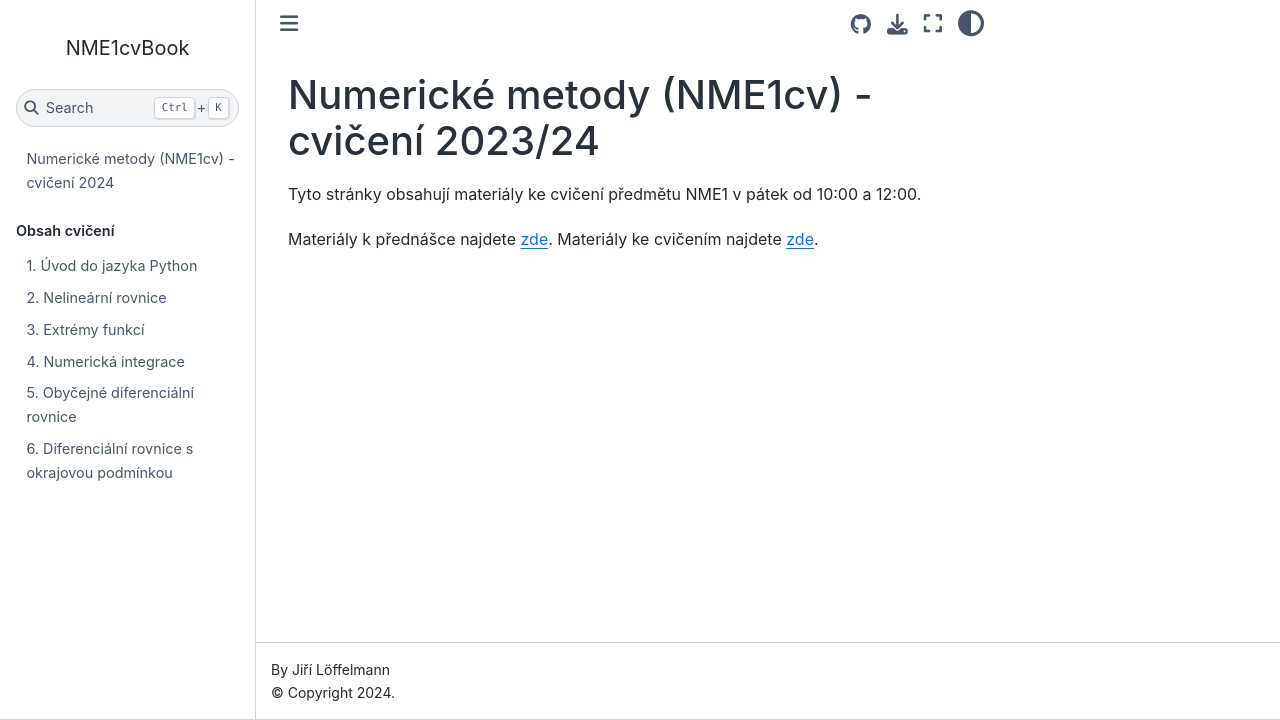
Repository: loepa01/NME1cvBook
Page: intro.html
These files come from the project's save history. The page is drawn as it stood at one moment and after the next save; the edit follows.
The browser window is 1280 px wide. The pictures show the whole page.

Above is the page before, as saved 2024-04-08 16:39:15.
Console error: SyntaxError: Identifier 'THEBE_JS_URL' has already been declared

### intro.html

<!DOCTYPE html>


<html lang="en" data-content_root="../" >

  <head>
    <meta charset="utf-8" />
    <meta name="viewport" content="width=device-width, initial-scale=1.0" /><meta name="viewport" content="width=device-width, initial-scale=1" />

    <title>Numerické metody (NME1cv) - cvičení 2023/24 &#8212; NME1cvBook</title>



  <script data-cfasync="false">
    document.documentElement.dataset.mode = localStorage.getItem("mode") || "";
    document.documentElement.dataset.theme = localStorage.getItem("theme") || "light";
  </script>

  <!-- Loaded before other Sphinx assets -->
  <link href="../_static/styles/theme.css?digest=8d27b9dea8ad943066ae" rel="stylesheet" />
<link href="../_static/styles/bootstrap.css?digest=8d27b9dea8ad943066ae" rel="stylesheet" />
<link href="../_static/styles/pydata-sphinx-theme.css?digest=8d27b9dea8ad943066ae" rel="stylesheet" />


  <link href="../_static/vendor/fontawesome/6.5.1/css/all.min.css?digest=8d27b9dea8ad943066ae" rel="stylesheet" />
  <link rel="preload" as="font" type="font/woff2" crossorigin href="../_static/vendor/fontawesome/6.5.1/webfonts/fa-solid-900.woff2" />
<link rel="preload" as="font" type="font/woff2" crossorigin href="../_static/vendor/fontawesome/6.5.1/webfonts/fa-brands-400.woff2" />
<link rel="preload" as="font" type="font/woff2" crossorigin href="../_static/vendor/fontawesome/6.5.1/webfonts/fa-regular-400.woff2" />

    <link rel="stylesheet" type="text/css" href="../_static/pygments.css?v=fa44fd50" />
    <link rel="stylesheet" type="text/css" href="../_static/styles/sphinx-book-theme.css?v=384b581d" />
    <link rel="stylesheet" type="text/css" href="../_static/togglebutton.css?v=13237357" />
    <link rel="stylesheet" type="text/css" href="../_static/copybutton.css?v=76b2166b" />
    <link rel="stylesheet" type="text/css" href="../_static/mystnb.4510f1fc1dee50b3e5859aac5469c37c29e427902b24a333a5f9fcb2f0b3ac41.css?v=be8a1c11" />
    <link rel="stylesheet" type="text/css" href="../_static/sphinx-thebe.css?v=4fa983c6" />
    <link rel="stylesheet" type="text/css" href="../_static/design-style.1e8bd061cd6da7fc9cf755528e8ffc24.min.css?v=0a3b3ea7" />

  <!-- Pre-loaded scripts that we'll load fully later -->
  <link rel="preload" as="script" href="../_static/scripts/bootstrap.js?digest=8d27b9dea8ad943066ae" />
<link rel="preload" as="script" href="../_static/scripts/pydata-sphinx-theme.js?digest=8d27b9dea8ad943066ae" />
  <script src="../_static/vendor/fontawesome/6.5.1/js/all.min.js?digest=8d27b9dea8ad943066ae"></script>

    <script src="../_static/documentation_options.js?v=9eb32ce0"></script>
    <script src="../_static/doctools.js?v=888ff710"></script>
    <script src="../_static/sphinx_highlight.js?v=dc90522c"></script>
    <script src="../_static/clipboard.min.js?v=a7894cd8"></script>
    <script src="../_static/copybutton.js?v=f281be69"></script>
    <script src="../_static/scripts/sphinx-book-theme.js?v=efea14e4"></script>
    <script>let toggleHintShow = 'Click to show';</script>
    <script>let toggleHintHide = 'Click to hide';</script>
    <script>let toggleOpenOnPrint = 'true';</script>
    <script src="../_static/togglebutton.js?v=4a39c7ea"></script>
    <script>var togglebuttonSelector = '.toggle, .admonition.dropdown';</script>
    <script src="../_static/design-tabs.js?v=36754332"></script>
    <script>const THEBE_JS_URL = "https://unpkg.com/thebe@0.8.2/lib/index.js"; const thebe_selector = ".thebe,.cell"; const thebe_selector_input = "pre"; const thebe_selector_output = ".output, .cell_output"</script>
    <script async="async" src="../_static/sphinx-thebe.js?v=c100c467"></script>
    <script>var togglebuttonSelector = '.toggle, .admonition.dropdown';</script>
    <script>const THEBE_JS_URL = "https://unpkg.com/thebe@0.8.2/lib/index.js"; const thebe_selector = ".thebe,.cell"; const thebe_selector_input = "pre"; const thebe_selector_output = ".output, .cell_output"</script>
    <script>DOCUMENTATION_OPTIONS.pagename = '.history/intro_20240408163915';</script>
    <link rel="icon" href="../_static/cphys.png"/>
    <link rel="index" title="Index" href="../genindex.html" />
    <link rel="search" title="Search" href="../search.html" />
  <meta name="viewport" content="width=device-width, initial-scale=1"/>
  <meta name="docsearch:language" content="en"/>
  </head>


  <body data-bs-spy="scroll" data-bs-target=".bd-toc-nav" data-offset="180" data-bs-root-margin="0px 0px -60%" data-default-mode="">



  <a id="pst-skip-link" class="skip-link" href="#main-content">Skip to main content</a>

  <div id="pst-scroll-pixel-helper"></div>

  <button type="button" class="btn rounded-pill" id="pst-back-to-top">
    <i class="fa-solid fa-arrow-up"></i>
    Back to top
  </button>


  <input type="checkbox"
          class="sidebar-toggle"
          name="__primary"
          id="__primary"/>
  <label class="overlay overlay-primary" for="__primary"></label>

  <input type="checkbox"
          class="sidebar-toggle"
          name="__secondary"
          id="__secondary"/>
  <label class="overlay overlay-secondary" for="__secondary"></label>

  <div class="search-button__wrapper">
    <div class="search-button__overlay"></div>
    <div class="search-button__search-container">
<form class="bd-search d-flex align-items-center"
      action="../search.html"
      method="get">
  <i class="fa-solid fa-magnifying-glass"></i>
  <input type="search"
         class="form-control"
         name="q"
         id="search-input"
         placeholder="Search this book..."
         aria-label="Search this book..."
         autocomplete="off"
         autocorrect="off"
         autocapitalize="off"
         spellcheck="false"/>
  <span class="search-button__kbd-shortcut"><kbd class="kbd-shortcut__modifier">Ctrl</kbd>+<kbd>K</kbd></span>
</form></div>
  </div>

    <header class="bd-header navbar navbar-expand-lg bd-navbar">
    </header>


  <div class="bd-container">
    <div class="bd-container__inner bd-page-width">





      <div class="bd-sidebar-primary bd-sidebar">



  <div class="sidebar-header-items sidebar-primary__section">




  </div>

    <div class="sidebar-primary-items__start sidebar-primary__section">
        <div class="sidebar-primary-item">



<a class="navbar-brand logo" href="../intro.html">






    <p class="title logo__title">NME1cvBook</p>

</a></div>
        <div class="sidebar-primary-item">

 <script>
 document.write(`
   <button class="btn navbar-btn search-button-field search-button__button" title="Search" aria-label="Search" data-bs-placement="bottom" data-bs-toggle="tooltip">
    <i class="fa-solid fa-magnifying-glass"></i>
    <span class="search-button__default-text">Search</span>
    <span class="search-button__kbd-shortcut"><kbd class="kbd-shortcut__modifier">Ctrl</kbd>+<kbd class="kbd-shortcut__modifier">K</kbd></span>
   </button>
 `);
 </script></div>
        <div class="sidebar-primary-item"><nav class="bd-links bd-docs-nav" aria-label="Main">
    <div class="bd-toc-item navbar-nav active">

        <ul class="nav bd-sidenav bd-sidenav__home-link">
            <li class="toctree-l1">
                <a class="reference internal" href="../intro.html">
                    Numerické metody (NME1cv) - cvičení 2024
                </a>
            </li>
        </ul>
        <p aria-level="2" class="caption" role="heading"><span class="caption-text">Obsah cvičení</span></p>
<ul class="nav bd-sidenav">
<li class="toctree-l1"><a class="reference internal" href="../uvod-python.html">1. Úvod do jazyka Python</a></li>
<li class="toctree-l1"><a class="reference internal" href="../nelinearni-rce.html">2. Nelineární rovnice</a></li>
<li class="toctree-l1"><a class="reference internal" href="../extremy-fci.html">3. Extrémy funkcí</a></li>
<li class="toctree-l1"><a class="reference internal" href="../integrace.html">4. Numerická integrace</a></li>
<li class="toctree-l1"><a class="reference internal" href="../reseni-odr.html">5. Obyčejné diferenciální rovnice</a></li>
<li class="toctree-l1"><a class="reference internal" href="../reseni-okraj.html">6. Diferenciální rovnice s okrajovou podmínkou</a></li>
</ul>

    </div>
</nav></div>
    </div>


  <div class="sidebar-primary-items__end sidebar-primary__section">
  </div>

  <div id="rtd-footer-container"></div>


      </div>

      <main id="main-content" class="bd-main">



<div class="sbt-scroll-pixel-helper"></div>

          <div class="bd-content">
            <div class="bd-article-container">

              <div class="bd-header-article">
<div class="header-article-items header-article__inner">

    <div class="header-article-items__start">

        <div class="header-article-item"><label class="sidebar-toggle primary-toggle btn btn-sm" for="__primary" title="Toggle primary sidebar" data-bs-placement="bottom" data-bs-toggle="tooltip">
  <span class="fa-solid fa-bars"></span>
</label></div>

    </div>


    <div class="header-article-items__end">

        <div class="header-article-item">

<div class="article-header-buttons">





<div class="dropdown dropdown-source-buttons">
  <button class="btn dropdown-toggle" type="button" data-bs-toggle="dropdown" aria-expanded="false" aria-label="Source repositories">
    <i class="fab fa-github"></i>
  </button>
  <ul class="dropdown-menu">



      <li><a href="https://github.com/loepa01/NME1cvBook" target="_blank"
   class="btn btn-sm btn-source-repository-button dropdown-item"
   title="Source repository"
   data-bs-placement="left" data-bs-toggle="tooltip"
>


<span class="btn__icon-container">
  <i class="fab fa-github"></i>
  </span>
<span class="btn__text-container">Repository</span>
</a>
</li>




      <li><a href="https://github.com/loepa01/NME1cvBook/issues/new?title=Issue%20on%20page%20%2F.history/intro_20240408163915.html&body=Your%20issue%20content%20here." target="_blank"
   class="btn btn-sm btn-source-issues-button dropdown-item"
   title="Open an issue"
   data-bs-placement="left" data-bs-toggle="tooltip"
>


<span class="btn__icon-container">
  <i class="fas fa-lightbulb"></i>
  </span>
<span class="btn__text-container">Open issue</span>
</a>
</li>

  </ul>
</div>






<div class="dropdown dropdown-download-buttons">
  <button class="btn dropdown-toggle" type="button" data-bs-toggle="dropdown" aria-expanded="false" aria-label="Download this page">
    <i class="fas fa-download"></i>
  </button>
  <ul class="dropdown-menu">



      <li><a href="../_sources/.history/intro_20240408163915.md" target="_blank"
   class="btn btn-sm btn-download-source-button dropdown-item"
   title="Download source file"
   data-bs-placement="left" data-bs-toggle="tooltip"
>


<span class="btn__icon-container">
  <i class="fas fa-file"></i>
  </span>
<span class="btn__text-container">.md</span>
</a>
</li>




      <li>
<button onclick="window.print()"
  class="btn btn-sm btn-download-pdf-button dropdown-item"
  title="Print to PDF"
  data-bs-placement="left" data-bs-toggle="tooltip"
>


<span class="btn__icon-container">
  <i class="fas fa-file-pdf"></i>
  </span>
<span class="btn__text-container">.pdf</span>
</button>
</li>

  </ul>
</div>




<button onclick="toggleFullScreen()"
  class="btn btn-sm btn-fullscreen-button"
  title="Fullscreen mode"
  data-bs-placement="bottom" data-bs-toggle="tooltip"
>


<span class="btn__icon-container">
  <i class="fas fa-expand"></i>
  </span>

</button>



<script>
document.write(`
  <button class="btn btn-sm navbar-btn theme-switch-button" title="light/dark" aria-label="light/dark" data-bs-placement="bottom" data-bs-toggle="tooltip">
    <span class="theme-switch nav-link" data-mode="light"><i class="fa-solid fa-sun fa-lg"></i></span>
    <span class="theme-switch nav-link" data-mode="dark"><i class="fa-solid fa-moon fa-lg"></i></span>
    <span class="theme-switch nav-link" data-mode="auto"><i class="fa-solid fa-circle-half-stroke fa-lg"></i></span>
  </button>
`);
</script>


<script>
document.write(`
  <button class="btn btn-sm navbar-btn search-button search-button__button" title="Search" aria-label="Search" data-bs-placement="bottom" data-bs-toggle="tooltip">
    <i class="fa-solid fa-magnifying-glass fa-lg"></i>
  </button>
`);
</script>

</div></div>

    </div>

</div>
</div>



<div id="jb-print-docs-body" class="onlyprint">
    <h1>Numerické metody (NME1cv) - cvičení 2023/24</h1>
    <!-- Table of contents -->
    <div id="print-main-content">
        <div id="jb-print-toc">

        </div>
    </div>
</div>



<div id="searchbox"></div>
                <article class="bd-article">

  <section class="tex2jax_ignore mathjax_ignore" id="numericke-metody-nme1cv-cviceni-2023-24">
<h1>Numerické metody (NME1cv) - cvičení 2023/24<a class="headerlink" href="#numericke-metody-nme1cv-cviceni-2023-24" title="Link to this heading">#</a></h1>
<p>Tyto stránky obsahují materiály ke cvičení předmětu NME1 v pátek od 10:00 a 12:00.</p>
<p>Materiály k přednášce najdete <a class="reference external" href="http://kfe.fjfi.cvut.cz/~vachal/edu/nme/">zde</a>.
Materiály ke cvičením najdete <a class="reference external" href="http://kfe.fjfi.cvut.cz/~vachal/edu/nme/cviceni/">zde</a>.</p>
</section>

    <script type="text/x-thebe-config">
    {
        requestKernel: true,
        binderOptions: {
            repo: "binder-examples/jupyter-stacks-datascience",
            ref: "master",
        },
        codeMirrorConfig: {
            theme: "abcdef",
            mode: "python"
        },
        kernelOptions: {
            name: "python3",
            path: "./.history"
        },
        predefinedOutput: true
    }
    </script>
    <script>kernelName = 'python3'</script>

                </article>






                <footer class="prev-next-footer">

<div class="prev-next-area">
</div>
                </footer>

            </div>



                <div class="bd-sidebar-secondary bd-toc"></div>


          </div>
          <footer class="bd-footer-content">

<div class="bd-footer-content__inner container">

  <div class="footer-item">

<p class="component-author">
By Jiří Löffelmann
</p>

  </div>

  <div class="footer-item">


  <p class="copyright">

      © Copyright 2024.
      <br/>

  </p>

  </div>

  <div class="footer-item">

  </div>

  <div class="footer-item">

  </div>

</div>
          </footer>


      </main>
    </div>
  </div>

  <!-- Scripts loaded after <body> so the DOM is not blocked -->
  <script src="../_static/scripts/bootstrap.js?digest=8d27b9dea8ad943066ae"></script>
<script src="../_static/scripts/pydata-sphinx-theme.js?digest=8d27b9dea8ad943066ae"></script>

  <footer class="bd-footer">
  </footer>
  </body>
</html>

### _static/copybutton.css
/* Copy buttons */
button.copybtn {
    position: absolute;
    display: flex;
    top: .3em;
    right: .3em;
    width: 1.7em;
    height: 1.7em;
	opacity: 0;
    transition: opacity 0.3s, border .3s, background-color .3s;
    user-select: none;
    padding: 0;
    border: none;
    outline: none;
    border-radius: 0.4em;
    /* The colors that GitHub uses */
    border: #1b1f2426 1px solid;
    background-color: #f6f8fa;
    color: #57606a;
}

button.copybtn.success {
    border-color: #22863a;
    color: #22863a;
}

button.copybtn svg {
    stroke: currentColor;
    width: 1.5em;
    height: 1.5em;
    padding: 0.1em;
}

div.highlight  {
    position: relative;
}

/* Show the copybutton */
.highlight:hover button.copybtn, button.copybtn.success {
	opacity: 1;
}

.highlight button.copybtn:hover {
    background-color: rgb(235, 235, 235);
}

.highlight button.copybtn:active {
    background-color: rgb(187, 187, 187);
}

/**
 * A minimal CSS-only tooltip copied from:
 *   https://codepen.io/mildrenben/pen/rVBrpK
 *
 * To use, write HTML like the following:
 *
 * <p class="o-tooltip--left" data-tooltip="Hey">Short</p>
 */
 .o-tooltip--left {
  position: relative;
 }

 .o-tooltip--left:after {
    opacity: 0;
    visibility: hidden;
    position: absolute;
    content: attr(data-tooltip);
    padding: .2em;
    font-size: .8em;
    left: -.2em;
    background: grey;
    color: white;
    white-space: nowrap;
    z-index: 2;
    border-radius: 2px;
    transform: translateX(-102%) translateY(0);
    transition: opacity 0.2s cubic-bezier(0.64, 0.09, 0.08, 1), transform 0.2s cubic-bezier(0.64, 0.09, 0.08, 1);
}

.o-tooltip--left:hover:after {
    display: block;
    opacity: 1;
    visibility: visible;
    transform: translateX(-100%) translateY(0);
    transition: opacity 0.2s cubic-bezier(0.64, 0.09, 0.08, 1), transform 0.2s cubic-bezier(0.64, 0.09, 0.08, 1);
    transition-delay: .5s;
}

/* By default the copy button shouldn't show up when printing a page */
@media print {
    button.copybtn {
        display: none;
    }
}

### _static/sphinx-thebe.css
/* Thebelab Buttons */
.thebelab-button {
  z-index: 999;
  display: inline-block;
  padding: 0.35em 1.2em;
  margin: 0px 1px;
  border-radius: 0.12em;
  box-sizing: border-box;
  text-decoration: none;
  font-family: "Roboto", sans-serif;
  font-weight: 300;
  text-align: center;
  transition: all 0.2s;
  background-color: #dddddd;
  border: 0.05em solid white;
  color: #000000;
}

.thebelab-button:hover {
  border: 0.05em solid black;
  background-color: #fcfcfc;
}

.thebe-launch-button {
  height: 2.2em;
  font-size: 0.8em;
  border: 1px black solid;
}

/* Thebelab Cell */
.thebelab-cell pre {
  background: none;
}

.thebelab-cell .thebelab-input {
  padding-left: 1em;
  margin-bottom: 0.5em;
  margin-top: 0.5em;
}

.thebelab-cell .jp-OutputArea {
  margin-top: 0.5em;
  margin-left: 1em;
}

button.thebelab-button.thebelab-run-button {
  margin-left: 1.5em;
  margin-bottom: 0.5em;
}

/* Loading button */
button.thebe-launch-button div.spinner {
  float: left;
  margin-right: 1em;
}

/* Remove the spinner when thebelab is ready */
.thebe-launch-button.thebe-status-ready .spinner {
  display: none;
}

.thebe-launch-button span.status {
  font-family: monospace;
  font-weight: bold;
}

.thebe-launch-button.thebe-status-ready span.status {
  color: green;
}

.spinner {
  height: 2em;
  text-align: center;
  font-size: 0.7em;
}

.spinner > div {
  background-color: #f37726;
  height: 100%;
  width: 6px;
  display: inline-block;

  -webkit-animation: sk-stretchdelay 1.2s infinite ease-in-out;
  animation: sk-stretchdelay 1.2s infinite ease-in-out;
}

.spinner .rect2 {
  -webkit-animation-delay: -1.1s;
  animation-delay: -1.1s;
}

.spinner .rect3 {
  -webkit-animation-delay: -1s;
  animation-delay: -1s;
}

.spinner .rect4 {
  -webkit-animation-delay: -0.9s;
  animation-delay: -0.9s;
}

.spinner .rect5 {
  -webkit-animation-delay: -0.8s;
  animation-delay: -0.8s;
}

@-webkit-keyframes sk-stretchdelay {
  0%,
  40%,
  100% {
    -webkit-transform: scaleY(0.4);
  }
  20% {
    -webkit-transform: scaleY(1);
  }
}

@keyframes sk-stretchdelay {
  0%,
  40%,
  100% {
    transform: scaleY(0.4);
    -webkit-transform: scaleY(0.4);
  }
  20% {
    transform: scaleY(1);
    -webkit-transform: scaleY(1);
  }
}

Loaded but not shown: _static/styles/theme.css (common file); _static/styles/bootstrap.css (library); _static/styles/pydata-sphinx-theme.css (library); _static/vendor/fontawesome/6.5.1/css/all.min.css (library); _static/styles/sphinx-book-theme.css (library); _static/design-style.1e8bd061cd6da7fc9cf755528e8ffc24.min.css (library); _static/scripts/bootstrap.js (library); _static/scripts/pydata-sphinx-theme.js (library); _static/documentation_options.js (common file); _static/clipboard.min.js (library); _static/copybutton.js (248 lines, source omitted); _static/togglebutton.js (187 lines, source omitted); _static/sphinx_highlight.js (154 lines, source omitted); _static/doctools.js (156 lines, source omitted); _static/sphinx-thebe.js (127 lines, source omitted); _static/scripts/sphinx-book-theme.js (2 lines, source omitted); _static/design-tabs.js (27 lines, source omitted); _static/mystnb.4510f1fc1dee50b3e5859aac5469c37c29e427902b24a333a5f9fcb2f0b3ac41.css (2342 lines, source omitted); _static/basic.css (925 lines, source omitted); _static/pygments.css (152 lines, source omitted); _static/togglebutton.css (160 lines, source omitted)

After the next save:
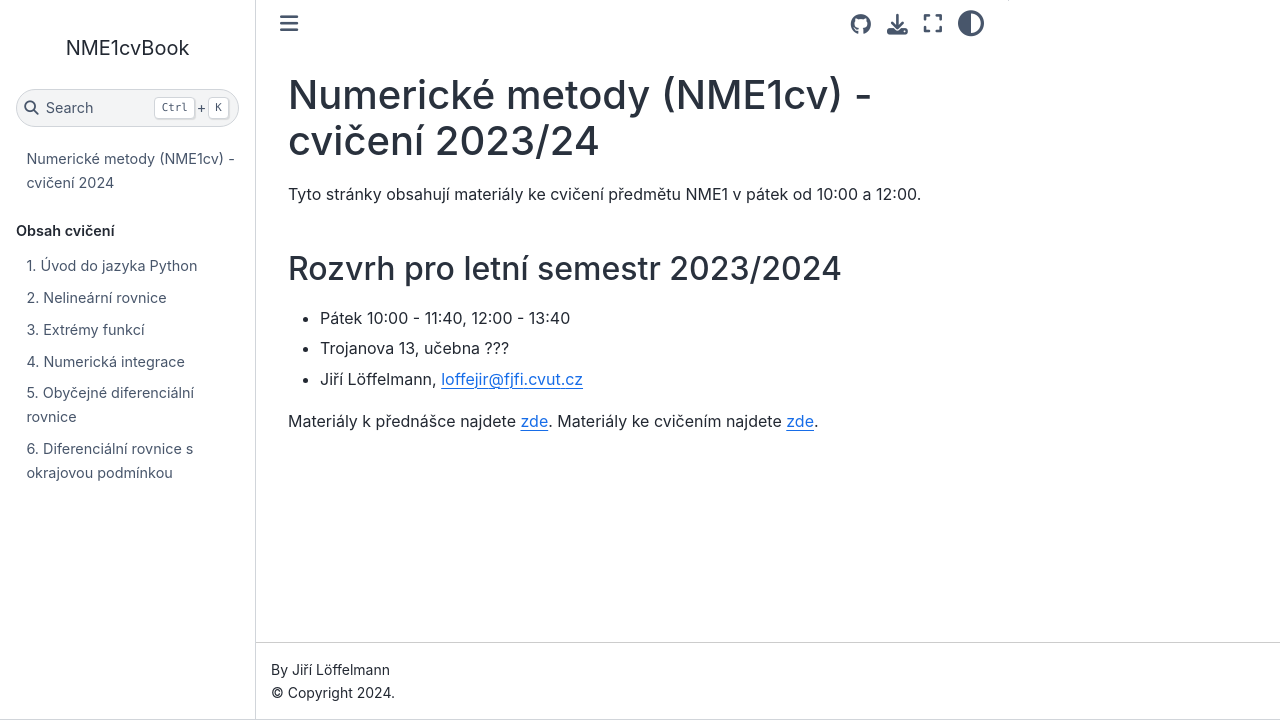
Saved 5 min 42 s later.
--- a/intro.html
+++ b/intro.html
@@ -57,7 +57,7 @@
     <script async="async" src="../_static/sphinx-thebe.js?v=c100c467"></script>
     <script>var togglebuttonSelector = '.toggle, .admonition.dropdown';</script>
     <script>const THEBE_JS_URL = "https://unpkg.com/thebe@0.8.2/lib/index.js"; const thebe_selector = ".thebe,.cell"; const thebe_selector_input = "pre"; const thebe_selector_output = ".output, .cell_output"</script>
-    <script>DOCUMENTATION_OPTIONS.pagename = '.history/intro_20240408163915';</script>
+    <script>DOCUMENTATION_OPTIONS.pagename = '.history/intro_20240408164457';</script>
     <link rel="icon" href="../_static/cphys.png"/>
     <link rel="index" title="Index" href="../genindex.html" />
     <link rel="search" title="Search" href="../search.html" />
@@ -250,7 +250,7 @@
 
 
 
-      <li><a href="https://github.com/loepa01/NME1cvBook/issues/new?title=Issue%20on%20page%20%2F.history/intro_20240408163915.html&body=Your%20issue%20content%20here." target="_blank"
+      <li><a href="https://github.com/loepa01/NME1cvBook/issues/new?title=Issue%20on%20page%20%2F.history/intro_20240408164457.html&body=Your%20issue%20content%20here." target="_blank"
    class="btn btn-sm btn-source-issues-button dropdown-item"
    title="Open an issue"
    data-bs-placement="left" data-bs-toggle="tooltip"
@@ -280,7 +280,7 @@
 
 
 
-      <li><a href="../_sources/.history/intro_20240408163915.md" target="_blank"
+      <li><a href="../_sources/.history/intro_20240408164457.md" target="_blank"
    class="btn btn-sm btn-download-source-button dropdown-item"
    title="Download source file"
    data-bs-placement="left" data-bs-toggle="tooltip"
@@ -351,7 +351,9 @@ document.write(`
   </button>
 `);
 </script>
-
+<label class="sidebar-toggle secondary-toggle btn btn-sm" for="__secondary"title="Toggle secondary sidebar" data-bs-placement="bottom" data-bs-toggle="tooltip">
+    <span class="fa-solid fa-list"></span>
+</label>
 </div></div>
 
     </div>
@@ -367,6 +369,14 @@ document.write(`
     <div id="print-main-content">
         <div id="jb-print-toc">
 
+            <div>
+                <h2> Contents </h2>
+            </div>
+            <nav aria-label="Page">
+                <ul class="visible nav section-nav flex-column">
+<li class="toc-h2 nav-item toc-entry"><a class="reference internal nav-link" href="#rozvrh-pro-letni-semestr-2023-2024">Rozvrh pro letní semestr 2023/2024</a></li>
+</ul>
+            </nav>
         </div>
     </div>
 </div>
@@ -379,8 +389,16 @@ document.write(`
   <section class="tex2jax_ignore mathjax_ignore" id="numericke-metody-nme1cv-cviceni-2023-24">
 <h1>Numerické metody (NME1cv) - cvičení 2023/24<a class="headerlink" href="#numericke-metody-nme1cv-cviceni-2023-24" title="Link to this heading">#</a></h1>
 <p>Tyto stránky obsahují materiály ke cvičení předmětu NME1 v pátek od 10:00 a 12:00.</p>
+<section id="rozvrh-pro-letni-semestr-2023-2024">
+<h2>Rozvrh pro letní semestr 2023/2024<a class="headerlink" href="#rozvrh-pro-letni-semestr-2023-2024" title="Link to this heading">#</a></h2>
+<ul class="simple">
+<li><p>Pátek 10:00 - 11:40, 12:00 - 13:40</p></li>
+<li><p>Trojanova 13, učebna ???</p></li>
+<li><p>Jiří Löffelmann, <a class="reference external" href="mailto:loffejir&#37;&#52;&#48;fjfi&#46;cvut&#46;cz">loffejir<span>&#64;</span>fjfi<span>&#46;</span>cvut<span>&#46;</span>cz</a></p></li>
+</ul>
 <p>Materiály k přednášce najdete <a class="reference external" href="http://kfe.fjfi.cvut.cz/~vachal/edu/nme/">zde</a>.
 Materiály ke cvičením najdete <a class="reference external" href="http://kfe.fjfi.cvut.cz/~vachal/edu/nme/cviceni/">zde</a>.</p>
+</section>
 </section>
 
     <script type="text/x-thebe-config">
@@ -420,7 +438,20 @@ Materiály ke cvičením najdete <a class="reference external" href="http://kfe.
 
 
 
-                <div class="bd-sidebar-secondary bd-toc"></div>
+                <div class="bd-sidebar-secondary bd-toc"><div class="sidebar-secondary-items sidebar-secondary__inner">
+
+
+  <div class="sidebar-secondary-item">
+  <div class="page-toc tocsection onthispage">
+    <i class="fa-solid fa-list"></i> Contents
+  </div>
+  <nav class="bd-toc-nav page-toc">
+    <ul class="visible nav section-nav flex-column">
+<li class="toc-h2 nav-item toc-entry"><a class="reference internal nav-link" href="#rozvrh-pro-letni-semestr-2023-2024">Rozvrh pro letní semestr 2023/2024</a></li>
+</ul>
+  </nav></div>
+
+</div></div>
 
 
           </div>
